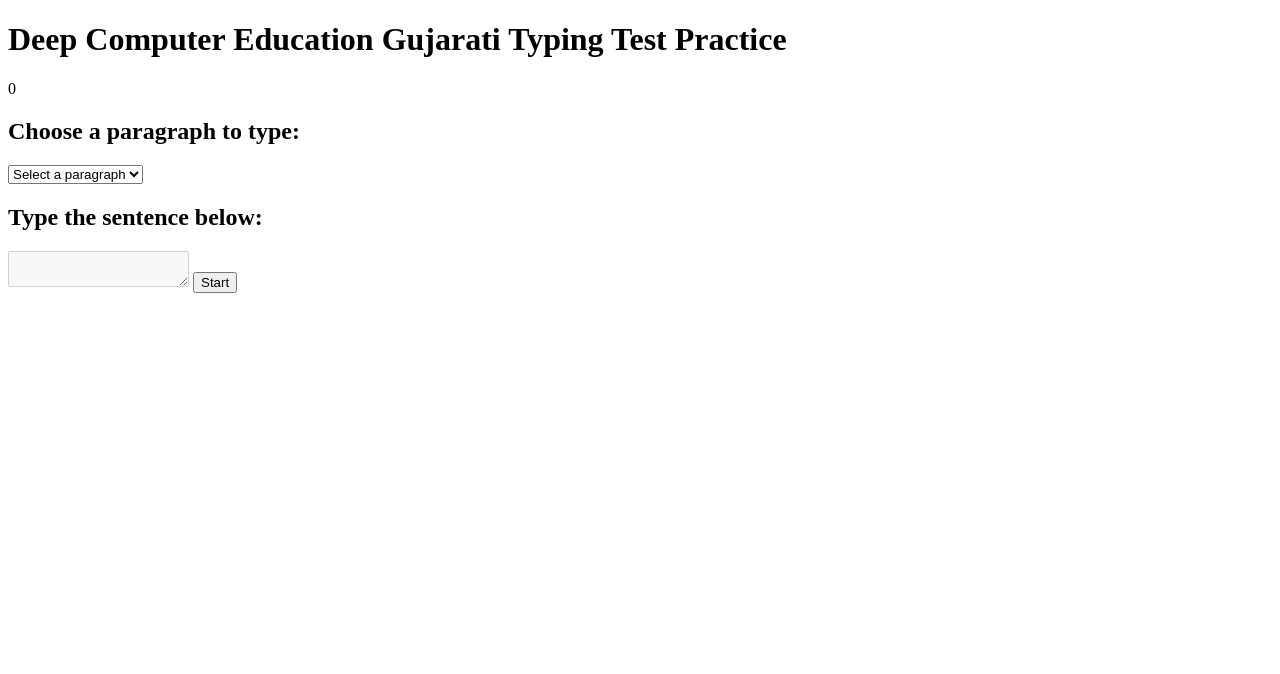
Repository: ssj27072002/Gujarati-typing-test
Page: typingGame/index.html
The author's editor kept a copy of each file at every save. The page is drawn from the files as they stood at one save, then again after the next save.
The browser window is 1280 px wide. The pictures show the whole page.

Above is the page before, as saved 2024-06-13 10:15:49.

After the next save:
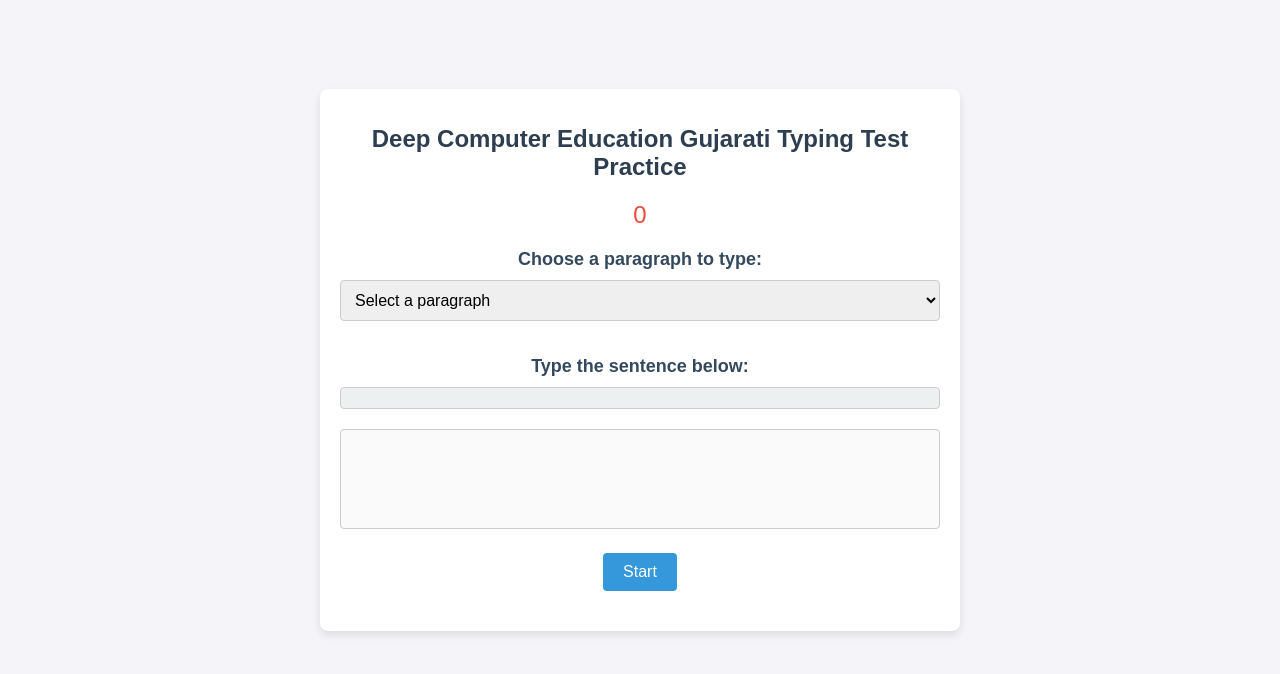
Saved 9 s later.
--- a/typingGame/css/style.css
+++ b/typingGame/css/style.css
@@ -119,3 +119,97 @@
     padding: 10px;
     margin-bottom: 20px;
 } */
+
+body {
+    font-family: 'Arial', sans-serif;
+    background-color: #f4f4f9;
+    color: #333;
+    margin: 0;
+    padding: 0;
+    display: flex;
+    justify-content: center;
+    align-items: center;
+    height: 100vh;
+}
+
+.typing-section {
+    background: #fff;
+    padding: 20px;
+    border-radius: 8px;
+    box-shadow: 0 4px 8px rgba(0, 0, 0, 0.1);
+    max-width: 600px;
+    width: 100%;
+    text-align: center;
+}
+
+h1 {
+    font-size: 24px;
+    margin-bottom: 20px;
+    color: #2c3e50;
+}
+
+h2 {
+    font-size: 18px;
+    margin-bottom: 10px;
+    color: #34495e;
+}
+
+.timer {
+    font-size: 24px;
+    color: #e74c3c;
+    margin-bottom: 20px;
+}
+
+.styled-select {
+    padding: 10px;
+    font-size: 16px;
+    border: 1px solid #ccc;
+    border-radius: 4px;
+    width: 100%;
+    max-width: 100%;
+    box-sizing: border-box;
+    margin-bottom: 20px;
+}
+
+.scrollable-paragraph {
+    max-height: 200px;
+    overflow-y: auto;
+    border: 1px solid #ccc;
+    padding: 10px;
+    border-radius: 4px;
+    margin-bottom: 20px;
+    background-color: #ecf0f1;
+}
+
+.styled-textarea {
+    width: 100%;
+    height: 100px;
+    padding: 10px;
+    font-size: 16px;
+    border: 1px solid #ccc;
+    border-radius: 4px;
+    box-sizing: border-box;
+    margin-bottom: 20px;
+    resize: none;
+}
+
+.styled-button {
+    background-color: #3498db;
+    color: white;
+    padding: 10px 20px;
+    font-size: 16px;
+    border: none;
+    border-radius: 4px;
+    cursor: pointer;
+    transition: background-color 0.3s ease;
+}
+
+.styled-button:hover {
+    background-color: #2980b9;
+}
+
+#score {
+    margin-top: 20px;
+    font-size: 18px;
+    color: #2ecc71;
+}

After the save that followed:
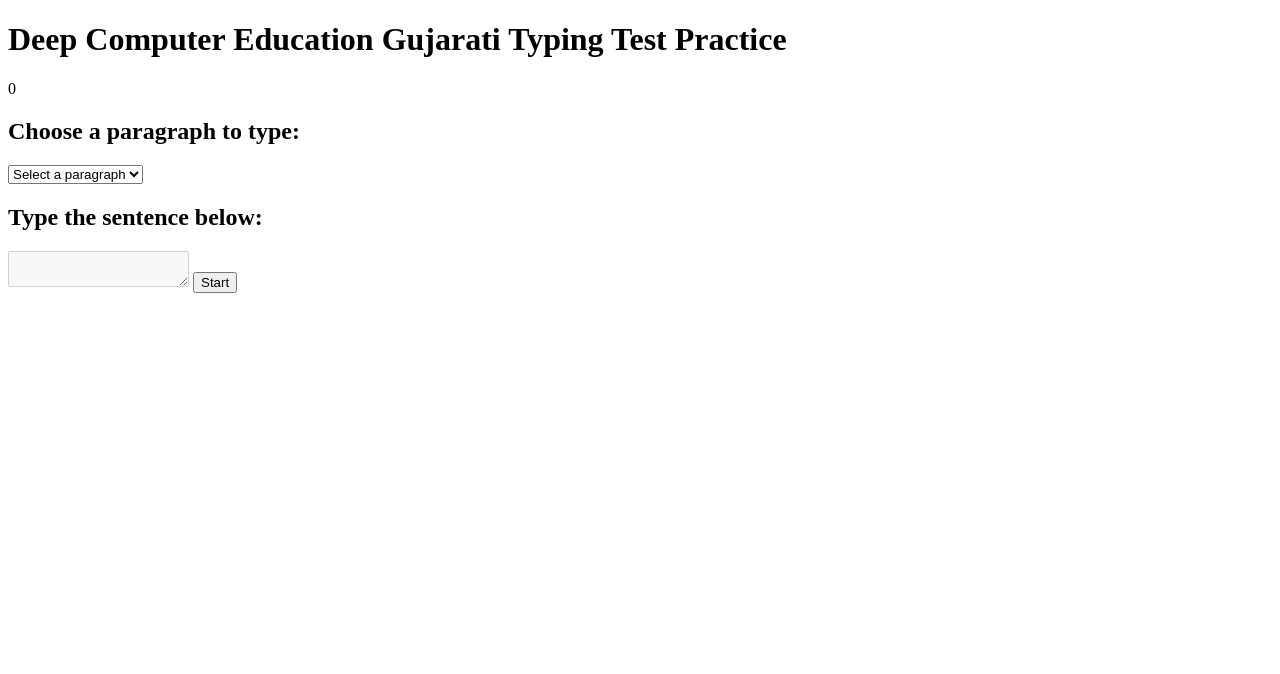
Saved 23 s later.
--- a/typingGame/css/style.css
+++ b/typingGame/css/style.css
@@ -119,97 +119,3 @@
     padding: 10px;
     margin-bottom: 20px;
 } */
-
-body {
-    font-family: 'Arial', sans-serif;
-    background-color: #f4f4f9;
-    color: #333;
-    margin: 0;
-    padding: 0;
-    display: flex;
-    justify-content: center;
-    align-items: center;
-    height: 100vh;
-}
-
-.typing-section {
-    background: #fff;
-    padding: 20px;
-    border-radius: 8px;
-    box-shadow: 0 4px 8px rgba(0, 0, 0, 0.1);
-    max-width: 600px;
-    width: 100%;
-    text-align: center;
-}
-
-h1 {
-    font-size: 24px;
-    margin-bottom: 20px;
-    color: #2c3e50;
-}
-
-h2 {
-    font-size: 18px;
-    margin-bottom: 10px;
-    color: #34495e;
-}
-
-.timer {
-    font-size: 24px;
-    color: #e74c3c;
-    margin-bottom: 20px;
-}
-
-.styled-select {
-    padding: 10px;
-    font-size: 16px;
-    border: 1px solid #ccc;
-    border-radius: 4px;
-    width: 100%;
-    max-width: 100%;
-    box-sizing: border-box;
-    margin-bottom: 20px;
-}
-
-.scrollable-paragraph {
-    max-height: 200px;
-    overflow-y: auto;
-    border: 1px solid #ccc;
-    padding: 10px;
-    border-radius: 4px;
-    margin-bottom: 20px;
-    background-color: #ecf0f1;
-}
-
-.styled-textarea {
-    width: 100%;
-    height: 100px;
-    padding: 10px;
-    font-size: 16px;
-    border: 1px solid #ccc;
-    border-radius: 4px;
-    box-sizing: border-box;
-    margin-bottom: 20px;
-    resize: none;
-}
-
-.styled-button {
-    background-color: #3498db;
-    color: white;
-    padding: 10px 20px;
-    font-size: 16px;
-    border: none;
-    border-radius: 4px;
-    cursor: pointer;
-    transition: background-color 0.3s ease;
-}
-
-.styled-button:hover {
-    background-color: #2980b9;
-}
-
-#score {
-    margin-top: 20px;
-    font-size: 18px;
-    color: #2ecc71;
-}
